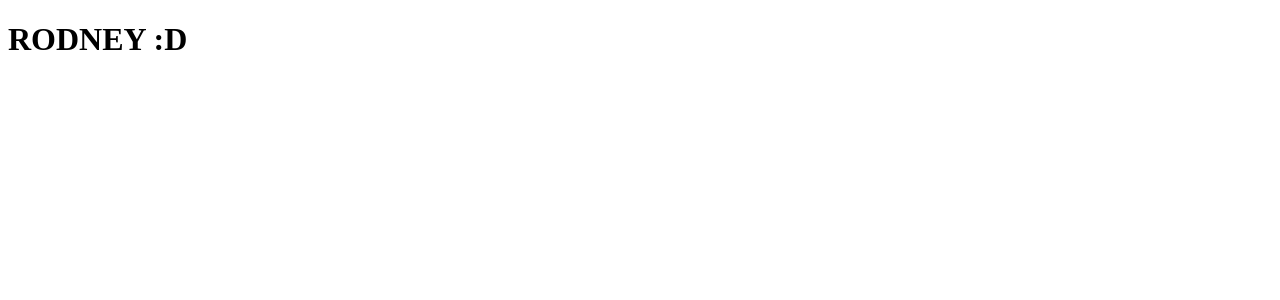
Repository: rodneyems/java-web-fj21
Page: fj21-agenda/WebContent/index.html
These files come from the project's save history. The page is drawn as it stood at one moment and after the next save; the edit follows.
The browser window is 1280 px wide. The pictures show the whole page.

Above is the page before, as saved 2021-06-30 23:18:40.

After the next save:
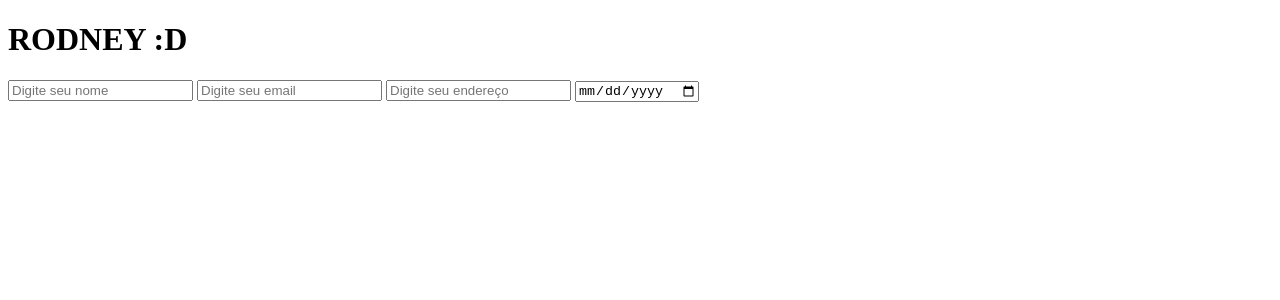
Saved 9 min 45 s later.
--- a/fj21-agenda/WebContent/index.html
+++ b/fj21-agenda/WebContent/index.html
@@ -6,5 +6,11 @@
 </head>
 <body>
 	<h1>RODNEY :D</h1>
+	<form action="POST">
+		<input type="text" placeholder="Digite seu nome"></input>
+		<input type="text" placeholder="Digite seu email"></input>
+		<input type="text" placeholder="Digite seu endereço"></input>
+		<input type="date" placeholder="Digite seu Data de nascimento"></input>
+	</form>
 </body>
 </html>
